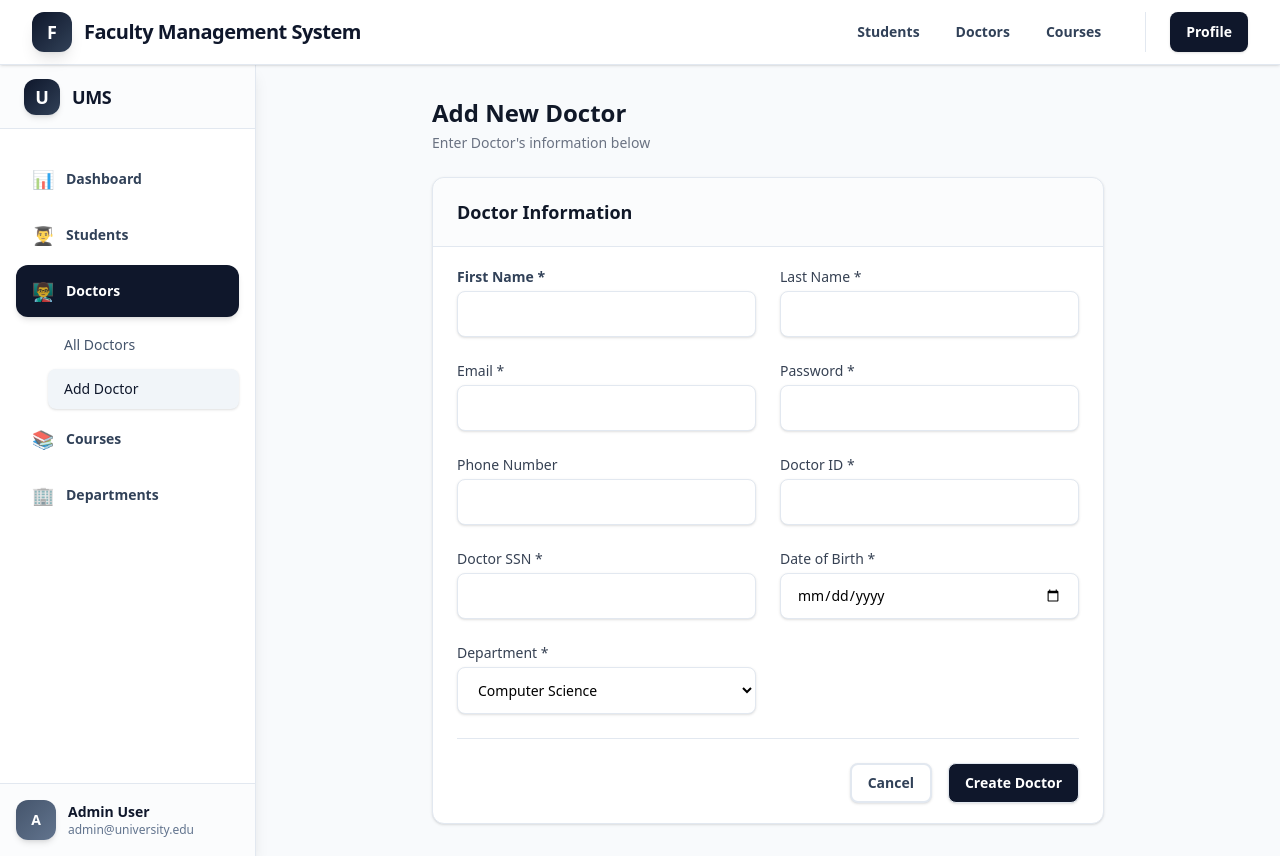
Repository: Mohamedmohsen179/Advanced-DB-Task
Page: /doctors/new (app in frontend/)
The author's editor kept a copy of each file at every save. The page is drawn from the files as they stood at one save, then again after the next save.
The browser window is 1280 px wide. The pictures show the whole page.
The project was rebuilt for these pictures with package versions that can differ from the ones it lists, and the page was loaded fresh each time. The framework's server and built-in components were replaced by stand-ins that run in the browser. Settings that the repository does not hold, such as keys and server addresses, were given made-up values. Also part of the build but not shown: frontend/next.config.ts.

Above is the page before, as saved 2025-11-28 19:14:30.

### frontend/app/layout.tsx
import type { Metadata } from "next";
import { Geist, Geist_Mono } from "next/font/google";
import "./globals.css";
import MainLayout from "../components/layout/MainLayout";

const geistSans = Geist({
  variable: "--font-geist-sans",
  subsets: ["latin"],
});

const geistMono = Geist_Mono({
  variable: "--font-geist-mono",
  subsets: ["latin"],
});

export const metadata: Metadata = {
  title: "University Management System",
  description: "A comprehensive university management system built with Next.js and TypeScript",
};

export default function RootLayout({
  children,
}: Readonly<{
  children: React.ReactNode;
}>) {
  return (
    <html lang="en">
      <body
        className={`${geistSans.variable} ${geistMono.variable} antialiased`}
      >
        <MainLayout>{children}</MainLayout>
      </body>
    </html>
  );
}

### frontend/app/doctors/new/page.tsx
'use client';

import { useState } from 'react';
import { useRouter } from 'next/navigation';
import { CreateDoctorRequest } from '../../../types';
import { apiService } from '../../../services/api';
import { Card, CardContent, CardHeader } from '../../../components/ui/Card';
import Button from '../../../components/ui/Button';

export default function NewDoctorPage() {
  const router = useRouter();
  const [loading, setLoading] = useState(false);
  const [error, setError] = useState<string | null>(null);

  const [formData, setFormData] = useState<CreateDoctorRequest>({
    firstName: '',
    lastName: '',
    email: '',
    phoneNumber: '',
    dateOfBirth: '',
    employeeId: '',
    departmentId: '1', // Default to first department
    title: '',
    specialization: '',
    officeLocation: '',
    officeHours: '',
    biography: '',
    qualifications: [],
    researchInterests: [],
  });

  const [qualificationInput, setQualificationInput] = useState('');
  const [researchInput, setResearchInput] = useState('');

  const handleInputChange = (e: React.ChangeEvent<HTMLInputElement | HTMLSelectElement | HTMLTextAreaElement>) => {
    const { name, value } = e.target;
    setFormData(prev => ({
      ...prev,
      [name]: value,
    }));
  };

  const addQualification = () => {
    if (qualificationInput.trim()) {
      setFormData(prev => ({
        ...prev,
        qualifications: [...prev.qualifications, qualificationInput.trim()],
      }));
      setQualificationInput('');
    }
  };

  const removeQualification = (index: number) => {
    setFormData(prev => ({
      ...prev,
      qualifications: prev.qualifications.filter((_, i) => i !== index),
    }));
  };

  const addResearchInterest = () => {
    if (researchInput.trim()) {
      setFormData(prev => ({
        ...prev,
        researchInterests: [...prev.researchInterests, researchInput.trim()],
      }));
      setResearchInput('');
    }
  };

  const removeResearchInterest = (index: number) => {
    setFormData(prev => ({
      ...prev,
      researchInterests: prev.researchInterests.filter((_, i) => i !== index),
    }));
  };

  const handleSubmit = async (e: React.FormEvent) => {
    e.preventDefault();
    setLoading(true);
    setError(null);

    try {
      const response = await apiService.createDoctor(formData);

      if (response.success) {
        router.push('/doctors');
      } else {
        setError('Failed to create doctor');
      }
    } catch (err) {
      setError('An error occurred while creating the doctor');
      console.error('Error creating doctor:', err);
    } finally {
      setLoading(false);
    }
  };

  return (
    <div className="max-w-2xl mx-auto">
      <div className="mb-6">
        <h1 className="text-2xl font-bold text-gray-900">Add New Doctor</h1>
        <p className="mt-1 text-sm text-gray-500">
          Enter Doctor&apos;s information below
        </p>
      </div>

      {error && (
        <div className="mb-6 bg-red-50 border border-red-200 rounded-md p-4">
          <div className="flex">
            <div className="flex-shrink-0">
              <svg className="h-5 w-5 text-red-400" viewBox="0 0 20 20" fill="currentColor">
                <path fillRule="evenodd" d="M10 18a8 8 0 100-16 8 8 0 000 16zM8.707 7.293a1 1 0 00-1.414 1.414L8.586 10l-1.293 1.293a1 1 0 101.414 1.414L10 11.414l1.293 1.293a1 1 0 001.414-1.414L11.414 10l1.293-1.293a1 1 0 00-1.414-1.414L10 8.586 8.707 7.293z" clipRule="evenodd" />
              </svg>
            </div>
            <div className="ml-3">
              <h3 className="text-sm font-medium text-red-800">Error</h3>
              <div className="mt-2 text-sm text-red-700">
                <p>{error}</p>
              </div>
            </div>
          </div>
        </div>
      )}

      <Card>
        <CardHeader>
          <h2 className="text-lg font-semibold text-gray-900">Doctor Information</h2>
        </CardHeader>
        <CardContent>
          <form onSubmit={handleSubmit} className="space-y-6">
            {/* Basic Information */}
            <div className="grid grid-cols-1 md:grid-cols-2 gap-6">
              <div>
                <label htmlFor="firstName" className="block text-sm font-semibold text-slate-700">
                  First Name *
                </label>
                <input
                  type="text"
                  id="firstName"
                  name="firstName"
                  required
                  value={formData.firstName}
                  onChange={handleInputChange}
                  className="text-black mt-1 block w-full border border-slate-300 rounded-lg px-4 py-3 text-sm focus:outline-none focus:ring-2 focus:ring-slate-500 focus:border-slate-500 transition-all duration-200 bg-white shadow-sm"
                />
              </div>

              <div>
                <label htmlFor="lastName" className="block text-sm font-medium text-gray-700">
                  Last Name *
                </label>
                <input
                  type="text"
                  id="lastName"
                  name="lastName"
                  required
                  value={formData.lastName}
                  onChange={handleInputChange}
                  className="text-black mt-1 block w-full border border-slate-300 rounded-lg px-4 py-3 text-sm focus:outline-none focus:ring-2 focus:ring-slate-500 focus:border-slate-500 transition-all duration-200 bg-white shadow-sm"
                />
              </div>

              <div>
                <label htmlFor="email" className="block text-sm font-medium text-gray-700">
                  Email *
                </label>
                <input
                  type="email"
                  id="email"
                  name="email"
                  required
                  value={formData.email}
                  onChange={handleInputChange}
                  className="text-black mt-1 block w-full border border-slate-300 rounded-lg px-4 py-3 text-sm focus:outline-none focus:ring-2 focus:ring-slate-500 focus:border-slate-500 transition-all duration-200 bg-white shadow-sm"
                />
              </div>

              <div>
                <label htmlFor="password" className="block text-sm font-medium text-gray-700">
                  Password *
                </label>
                <input
                  type="password"
                  id="password"
                  name="password"
                  required
                  value={formData.password}
                  onChange={handleInputChange}
                  className="text-black mt-1 block w-full border border-slate-300 rounded-lg px-4 py-3 text-sm focus:outline-none focus:ring-2 focus:ring-slate-500 focus:border-slate-500 transition-all duration-200 bg-white shadow-sm"
                />
              </div>

              <div>
                <label htmlFor="phoneNumber" className="block text-sm font-medium text-gray-700">
                  Phone Number
                </label>
                <input
                  type="tel"
                  id="phoneNumber"
                  name="phoneNumber"
                  value={formData.phoneNumber}
                  onChange={handleInputChange}
                  className="text-black mt-1 block w-full border border-slate-300 rounded-lg px-4 py-3 text-sm focus:outline-none focus:ring-2 focus:ring-slate-500 focus:border-slate-500 transition-all duration-200 bg-white shadow-sm"
                />
              </div>

              <div>
                <label htmlFor="employeeId" className="block text-sm font-medium text-gray-700">
                  Doctor ID *
                </label>
                <input
                  type="text"
                  id="employeeId"
                  name="employeeId"
                  required
                  value={formData.employeeId}
                  onChange={handleInputChange}
                  className="text-black mt-1 block w-full border border-slate-300 rounded-lg px-4 py-3 text-sm focus:outline-none focus:ring-2 focus:ring-slate-500 focus:border-slate-500 transition-all duration-200 bg-white shadow-sm"
                />
              </div>

              <div>
                <label htmlFor="doctorSsn" className="block text-sm font-medium text-gray-700">
                  Doctor SSN *
                </label>
                <input
                  type="text"
                  id="doctorSsn"
                  name="doctorSsn"
                  required
                  value={formData.employeeId}
                  onChange={handleInputChange}
                  className="text-black mt-1 block w-full border border-slate-300 rounded-lg px-4 py-3 text-sm focus:outline-none focus:ring-2 focus:ring-slate-500 focus:border-slate-500 transition-all duration-200 bg-white shadow-sm"
                />
              </div>

              <div>
                <label htmlFor="dateOfBirth" className="block text-sm font-medium text-gray-700">
                  Date of Birth *
                </label>
                <input
                  type="date"
                  id="dateOfBirth"
                  name="dateOfBirth"
                  required
                  value={formData.dateOfBirth}
                  onChange={handleInputChange}
                  className="text-black mt-1 block w-full border border-slate-300 rounded-lg px-4 py-3 text-sm focus:outline-none focus:ring-2 focus:ring-slate-500 focus:border-slate-500 transition-all duration-200 bg-white shadow-sm"
                />
              </div>

              <div>
                <label htmlFor="departmentId" className="block text-sm font-medium text-gray-700">
                  Department *
                </label>
                <select
                  id="departmentId"
                  name="departmentId"
                  required
                  value={formData.departmentId}
                  onChange={handleInputChange}
                  className="text-black mt-1 block w-full border border-slate-300 rounded-lg px-4 py-3 text-sm focus:outline-none focus:ring-2 focus:ring-slate-500 focus:border-slate-500 transition-all duration-200 bg-white shadow-sm"
                >
                  <option value="1">Computer Science</option>
                  <option value="2">Mathematics</option>
                </select>
              </div>
            </div>


            <div className="flex justify-end space-x-4 pt-6 border-t border-gray-200">
              <Button
                type="button"
                variant="outline"
                onClick={() => router.back()}
              >
                Cancel
              </Button>
              <Button
                type="submit"
                loading={loading}
              >
                Create Doctor
              </Button>
            </div>
          </form>
        </CardContent>
      </Card>
    </div>
  );
}

### frontend/app/globals.css
@import "tailwindcss";

:root {
  --background: #fafafa;
  --foreground: #0f172a;
  --primary: #2563eb;
  --primary-foreground: #ffffff;
  --secondary: #f1f5f9;
  --secondary-foreground: #334155;
  --muted: #f8fafc;
  --muted-foreground: #64748b;
  --accent: #f1f5f9;
  --accent-foreground: #0f172a;
  --border: #e2e8f0;
  --input: #ffffff;
  --ring: #2563eb;
  --radius: 0.5rem;
}

@theme inline {
  --color-background: var(--background);
  --color-foreground: var(--foreground);
  --font-sans: var(--font-geist-sans);
  --font-mono: var(--font-geist-mono);
}

@media (prefers-color-scheme: dark) {
  :root {
    --background: #020617;
    --foreground: #f8fafc;
    --primary: #3b82f6;
    --primary-foreground: #f8fafc;
    --secondary: #1e293b;
    --secondary-foreground: #f8fafc;
    --muted: #1e293b;
    --muted-foreground: #94a3b8;
    --accent: #1e293b;
    --accent-foreground: #f8fafc;
    --border: #334155;
    --input: #1e293b;
    --ring: #3b82f6;
  }
}

* {
  border-color: var(--border);
}

body {
  background: var(--background);
  color: var(--foreground);
  font-family: var(--font-sans), system-ui, -apple-system, sans-serif;
  line-height: 1.6;
  -webkit-font-smoothing: antialiased;
  -moz-osx-font-smoothing: grayscale;
}

/* Professional scrollbar */
::-webkit-scrollbar {
  width: 8px;
  height: 8px;
}

::-webkit-scrollbar-track {
  background: var(--muted);
}

::-webkit-scrollbar-thumb {
  background: var(--muted-foreground);
  border-radius: 4px;
}

::-webkit-scrollbar-thumb:hover {
  background: var(--foreground);
}

/* Focus styles */
.focus-visible {
  outline: 2px solid var(--ring);
  outline-offset: 2px;
}

/* Professional shadows */
.shadow-professional {
  box-shadow: 0 1px 3px 0 rgb(0 0 0 / 0.1), 0 1px 2px -1px rgb(0 0 0 / 0.1);
}

.shadow-professional-lg {
  box-shadow: 0 10px 15px -3px rgb(0 0 0 / 0.1), 0 4px 6px -4px rgb(0 0 0 / 0.1);
}

### frontend/components/layout/MainLayout.tsx
'use client';

import { useState } from 'react';
import Navbar from './Navbar';
import Sidebar from './Sidebar';

interface MainLayoutProps {
  children: React.ReactNode;
}

export default function MainLayout({ children }: MainLayoutProps) {
  const [sidebarOpen, setSidebarOpen] = useState(false);

  return (
    <div className="min-h-screen bg-slate-50">
      {/* Navbar */}
      <Navbar />

      <div className="flex">
        {/* Sidebar */}
        <Sidebar
          isOpen={sidebarOpen}
          onClose={() => setSidebarOpen(false)}
        />

        {/* Main Content */}
        <div className="flex-1 lg:ml-0">
          {/* Mobile sidebar toggle */}
          <div className="lg:hidden">
            <button
              onClick={() => setSidebarOpen(true)}
              className="fixed top-20 left-4 z-10 bg-white p-3 rounded-xl shadow-professional border border-slate-200 hover:shadow-professional-lg transition-all duration-200"
            >
              <svg className="w-5 h-5 text-slate-600" fill="none" stroke="currentColor" viewBox="0 0 24 24">
                <path strokeLinecap="round" strokeLinejoin="round" strokeWidth={2} d="M4 6h16M4 12h16M4 18h16" />
              </svg>
            </button>
          </div>

          {/* Page Content */}
          <main className="p-6 lg:p-8">
            <div className="max-w-7xl mx-auto">
              {children}
            </div>
          </main>
        </div>
      </div>
    </div>
  );
}

### frontend/components/ui/Card.tsx
import { HTMLAttributes, forwardRef } from 'react';

interface CardProps extends HTMLAttributes<HTMLDivElement> {
  children: React.ReactNode;
}

const Card = forwardRef<HTMLDivElement, CardProps>(
  ({ className = '', children, ...props }, ref) => {
    return (
      <div
        ref={ref}
        className={`bg-white rounded-xl border border-slate-200 shadow-professional hover:shadow-professional-lg transition-shadow duration-200 ${className}`}
        {...props}
      >
        {children}
      </div>
    );
  }
);

Card.displayName = 'Card';

interface CardHeaderProps extends HTMLAttributes<HTMLDivElement> {
  children: React.ReactNode;
}

const CardHeader = forwardRef<HTMLDivElement, CardHeaderProps>(
  ({ className = '', children, ...props }, ref) => {
    return (
      <div
        ref={ref}
        className={`px-6 py-5 border-b border-slate-200 bg-slate-50/50 rounded-t-xl ${className}`}
        {...props}
      >
        {children}
      </div>
    );
  }
);

CardHeader.displayName = 'CardHeader';

interface CardContentProps extends HTMLAttributes<HTMLDivElement> {
  children: React.ReactNode;
}

const CardContent = forwardRef<HTMLDivElement, CardContentProps>(
  ({ className = '', children, ...props }, ref) => {
    return (
      <div
        ref={ref}
        className={`px-6 py-5 ${className}`}
        {...props}
      >
        {children}
      </div>
    );
  }
);

CardContent.displayName = 'CardContent';

interface CardFooterProps extends HTMLAttributes<HTMLDivElement> {
  children: React.ReactNode;
}

const CardFooter = forwardRef<HTMLDivElement, CardFooterProps>(
  ({ className = '', children, ...props }, ref) => {
    return (
      <div
        ref={ref}
        className={`px-6 py-5 border-t border-slate-200 bg-slate-50 rounded-b-xl ${className}`}
        {...props}
      >
        {children}
      </div>
    );
  }
);

CardFooter.displayName = 'CardFooter';

export { Card, CardHeader, CardContent, CardFooter };

### frontend/components/ui/Button.tsx
import { ButtonHTMLAttributes, forwardRef } from 'react';

interface ButtonProps extends ButtonHTMLAttributes<HTMLButtonElement> {
  variant?: 'primary' | 'secondary' | 'danger' | 'outline';
  size?: 'sm' | 'md' | 'lg';
  loading?: boolean;
}

const Button = forwardRef<HTMLButtonElement, ButtonProps>(
  ({ className = '', variant = 'primary', size = 'md', loading = false, children, disabled, ...props }, ref) => {
    const baseClasses = 'inline-flex items-center justify-center font-semibold rounded-lg transition-all duration-200 focus:outline-none focus:ring-2 focus:ring-offset-2 disabled:opacity-50 disabled:cursor-not-allowed shadow-sm hover:shadow-md active:scale-[0.98]';

    const variantClasses = {
      primary: 'bg-slate-900 text-white hover:bg-slate-800 focus:ring-slate-500 border border-slate-900',
      secondary: 'bg-slate-100 text-slate-900 hover:bg-slate-200 focus:ring-slate-500 border border-slate-200',
      danger: 'bg-red-600 text-white hover:bg-red-700 focus:ring-red-500 border border-red-600',
      outline: 'border-2 border-slate-300 text-slate-700 bg-white hover:bg-slate-50 hover:border-slate-400 focus:ring-slate-500',
    };

    const sizeClasses = {
      sm: 'px-3 py-2 text-sm h-9',
      md: 'px-4 py-2.5 text-sm h-10',
      lg: 'px-6 py-3 text-base h-12',
    };

    return (
      <button
        ref={ref}
        className={`${baseClasses} ${variantClasses[variant]} ${sizeClasses[size]} ${className}`}
        disabled={disabled || loading}
        {...props}
      >
        {loading && (
          <svg className="animate-spin -ml-1 mr-2 h-4 w-4" fill="none" viewBox="0 0 24 24">
            <circle className="opacity-25" cx="12" cy="12" r="10" stroke="currentColor" strokeWidth="4" />
            <path className="opacity-75" fill="currentColor" d="M4 12a8 8 0 018-8V0C5.373 0 0 5.373 0 12h4zm2 5.291A7.962 7.962 0 014 12H0c0 3.042 1.135 5.824 3 7.938l3-2.647z" />
          </svg>
        )}
        {children}
      </button>
    );
  }
);

Button.displayName = 'Button';

export default Button;

Loaded but not shown: frontend/services/api.ts (539 lines, source omitted); frontend/components/layout/Sidebar.tsx (158 lines, source omitted); frontend/components/layout/Navbar.tsx (102 lines, source omitted)

After the next save:
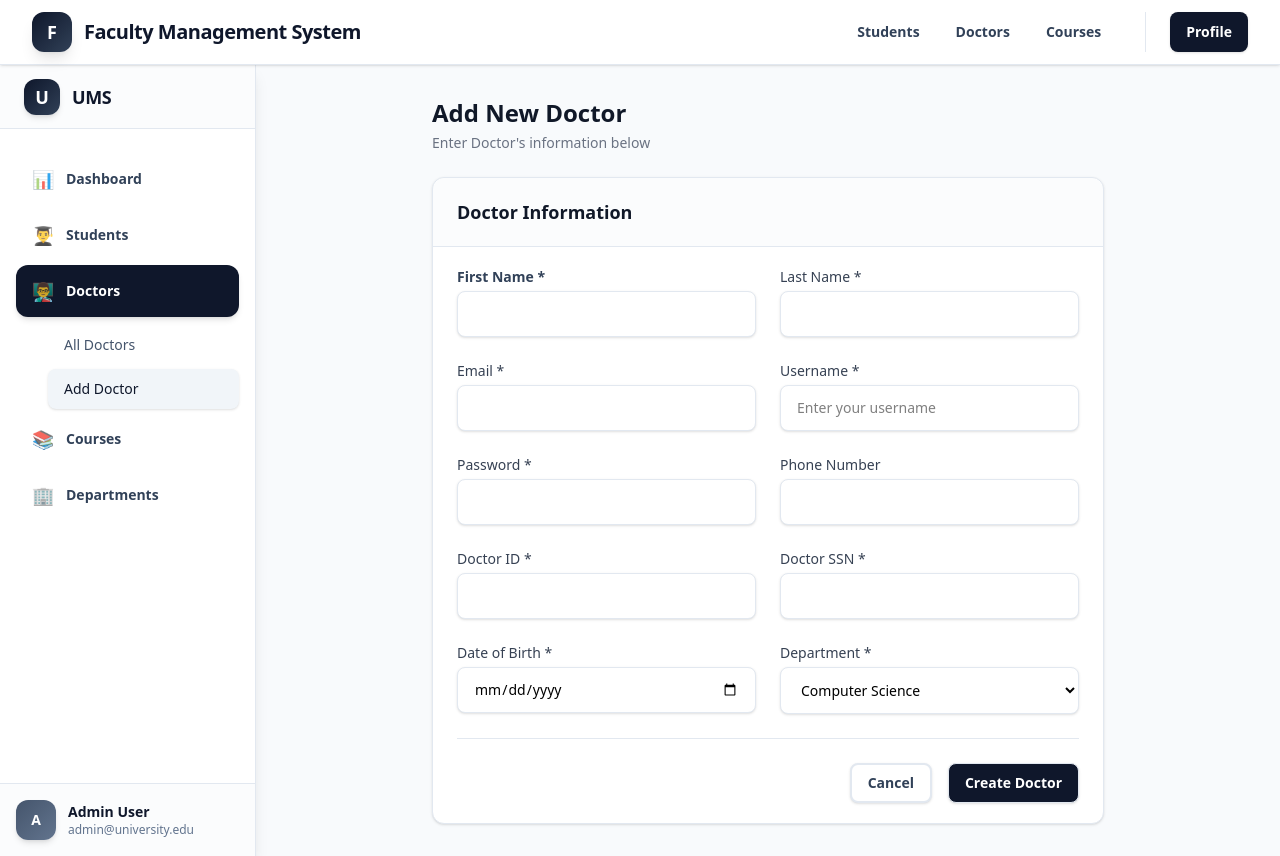
Saved 2 min 59 s later.
--- a/frontend/app/doctors/new/page.tsx
+++ b/frontend/app/doctors/new/page.tsx
@@ -174,6 +174,28 @@ export default function NewDoctorPage() {
                   className="text-black mt-1 block w-full border border-slate-300 rounded-lg px-4 py-3 text-sm focus:outline-none focus:ring-2 focus:ring-slate-500 focus:border-slate-500 transition-all duration-200 bg-white shadow-sm"
                 />
               </div>
+
+              <div>
+                <label
+                  htmlFor="username"
+                  className="block text-sm font-medium text-gray-700"
+                >
+                  Username *
+                </label>
+                <input
+                  type="text"
+                  id="username"
+                  name="username"
+                  required
+                  value={formData.username}
+                  onChange={handleInputChange}
+                  placeholder="Enter your username"
+                  className="text-black mt-1 block w-full border border-slate-300 rounded-lg px-4 py-3 text-sm
+           focus:outline-none focus:ring-2 focus:ring-slate-500 focus:border-slate-500
+           transition-all duration-200 bg-white shadow-sm"
+                />
+              </div>
+
 
               <div>
                 <label htmlFor="password" className="block text-sm font-medium text-gray-700">
